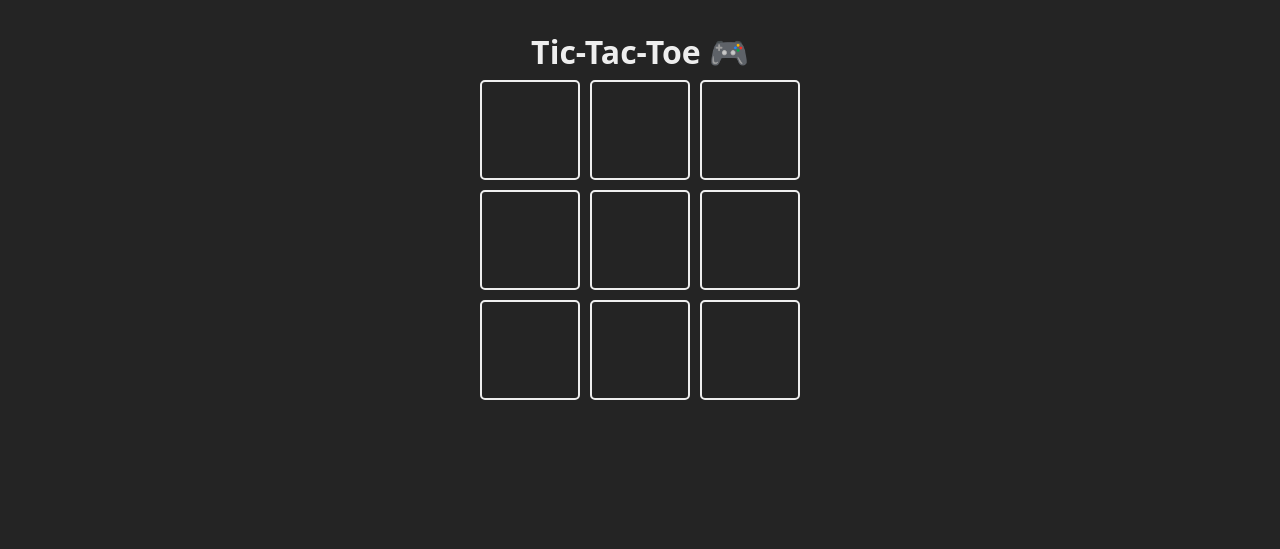
Repository: atzin-escandia/react-tic-tac-toe
Page: /
These files come from the project's save history. The page is drawn as it stood at one moment and after the next save; the edit follows.
The browser window is 1280 px wide. The pictures show the whole page.
The project was rebuilt for these pictures with package versions that can differ from the ones it lists, and the page was loaded fresh each time. Also part of the build but not shown: vite.config.js.

Above is the page before, as saved 2023-10-08 16:50:05.

After the next save:
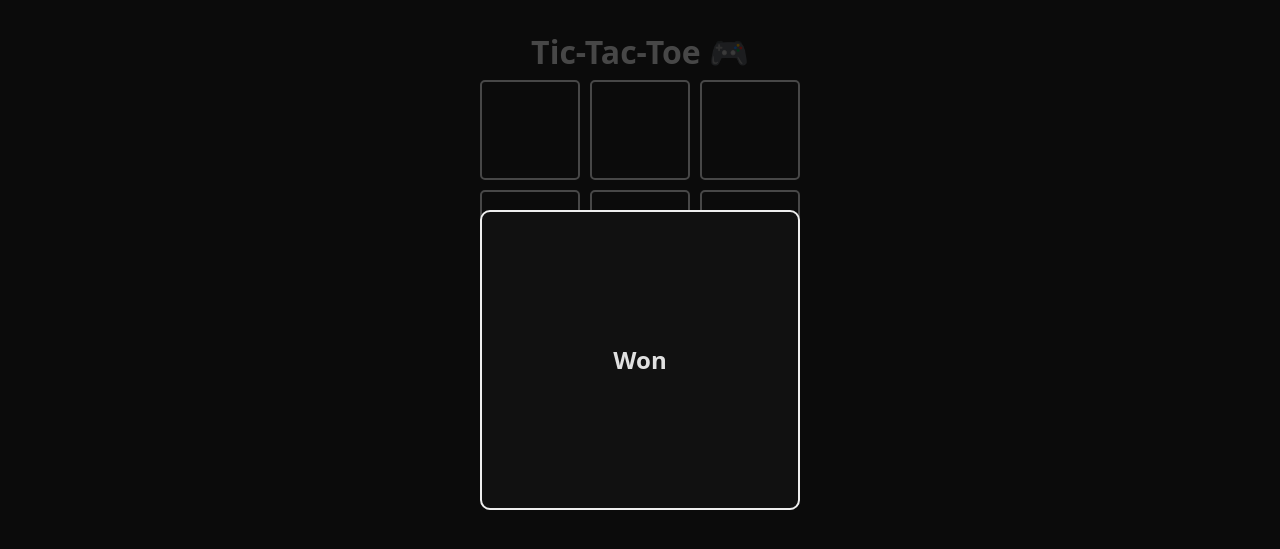
Saved 5 min 40 s later.
--- a/src/App.jsx
+++ b/src/App.jsx
@@ -70,6 +70,13 @@
           );
         })}
       </section>
+      {winner !== null && (
+        <section className="winner">
+          <div className="text">
+            <h2>{winner ? "Tieee :(" : "Won"}</h2>
+          </div>
+        </section>
+      )}
     </main>
   );
 }
